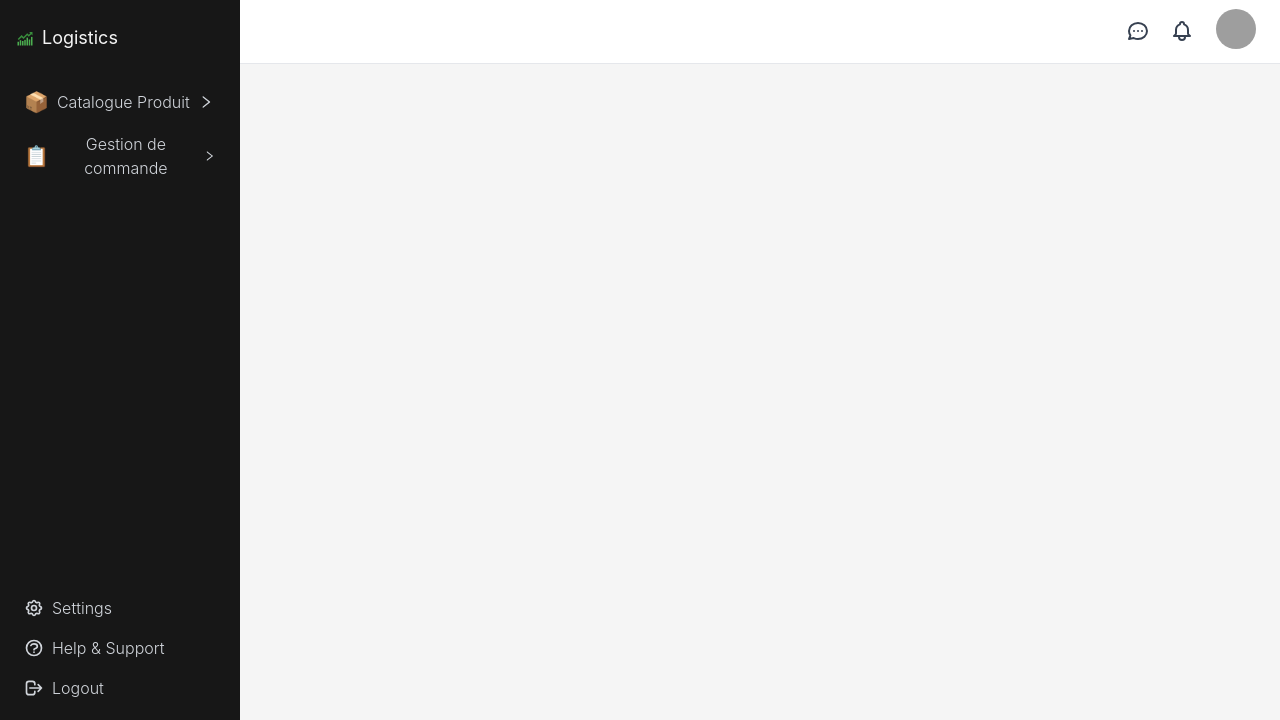
Repository: Mayar2222/Dashboard
Page: /
The author's editor kept a copy of each file at every save. The page is drawn from the files as they stood at one save, then again after the next save.
The browser window is 1280 px wide. The pictures show the whole page.
Pictures or frames that could not be fetched are drawn as grey boxes. The project was rebuilt for these pictures with package versions that can differ from the ones it lists, and the page was loaded fresh each time. Also part of the build but not shown: src/components/CatalogueProduits.jsx, src/components/Categories.jsx.

Above is the page before, as saved 2024-07-28 17:40:20.

After the next save:
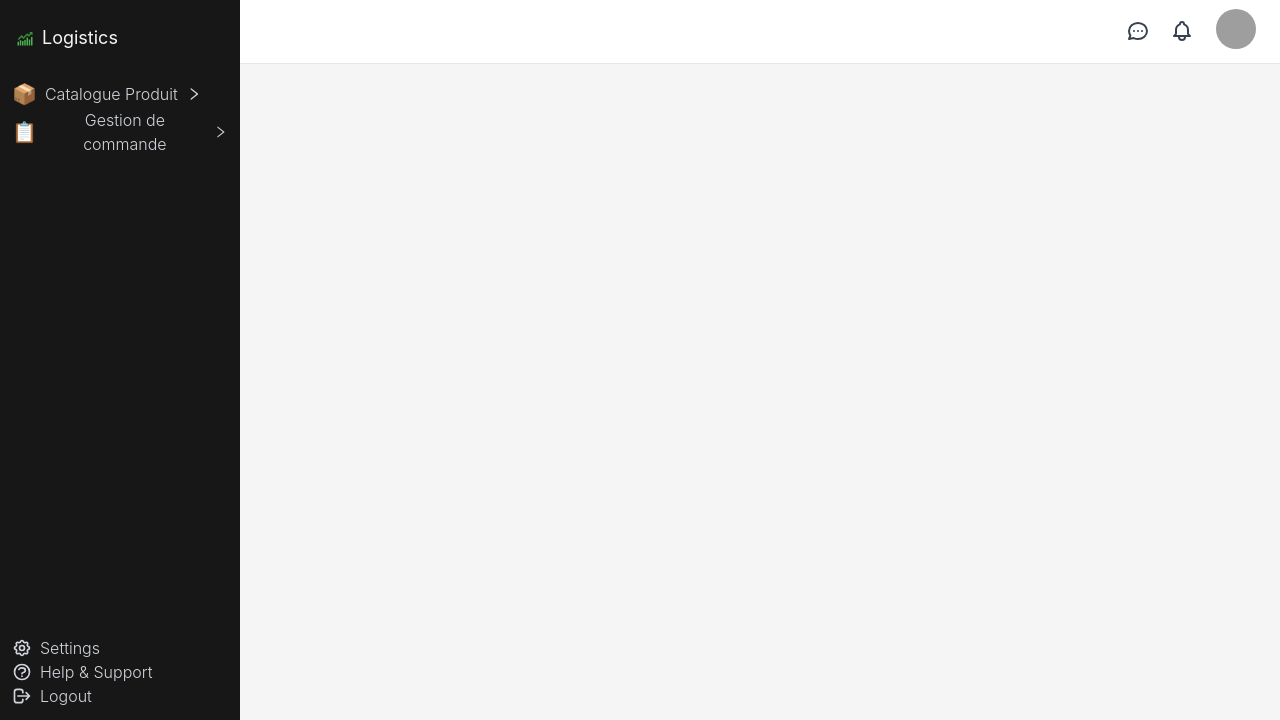
Saved 13 s later.
--- a/src/components/shared/Sidebar.jsx
+++ b/src/components/shared/Sidebar.jsx
@@ -6,7 +6,7 @@
 import { DASHBOARD_SIDEBAR_BOTTOM_LINKS, DASHBOARD_SIDEBAR_LINKS } from '../../lib/consts/navigation';
 
 const linkClasses =
-  'flex items-center gap-2 font-light px-3 py-2 hover:bg-neutral-800 hover:no-underline active:bg-neutral-600 rounded-sm text-base text-gray-300';
+  'flex items-center gap-2 font-light  hover:bg-neutral-800 hover:no-underline active:bg-neutral-600 rounded-sm text-base text-gray-300';
 
 const titleClasses = 'flex items-center gap-2 px-1 py-3 text-neutral-100 text-lg';
 

After the save that followed:
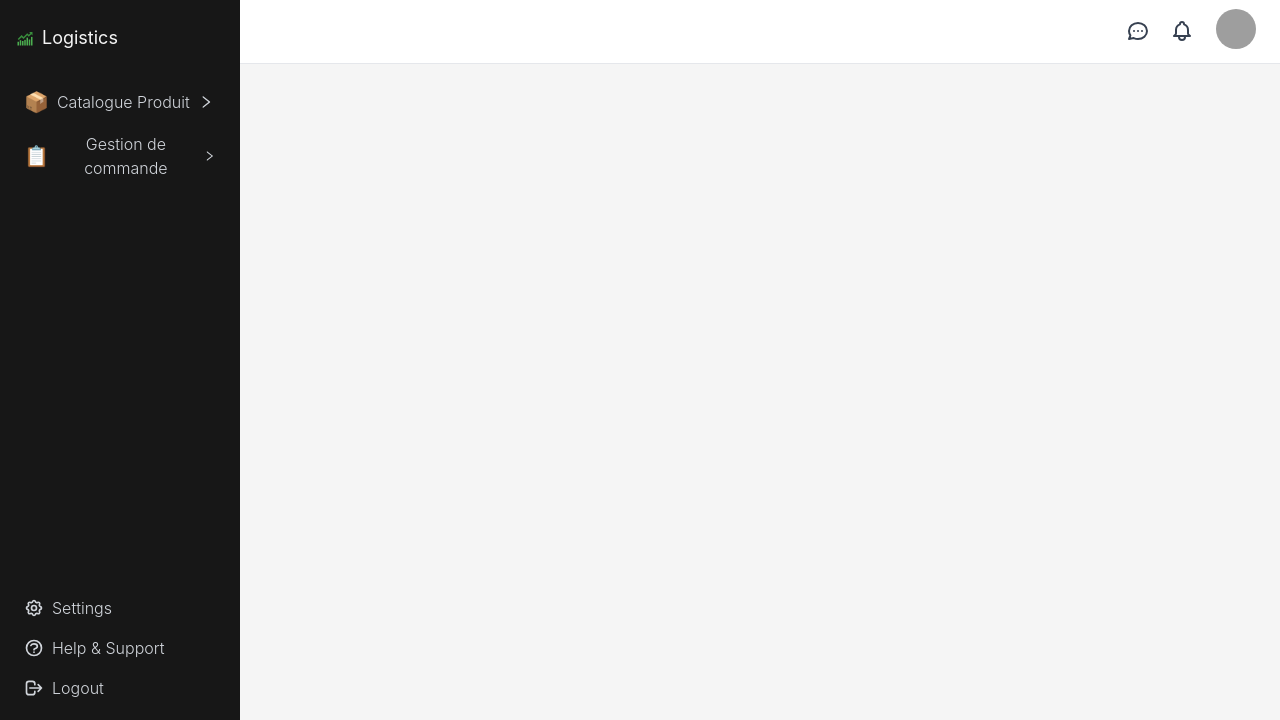
Saved 7 s later.
--- a/src/components/shared/Sidebar.jsx
+++ b/src/components/shared/Sidebar.jsx
@@ -6,7 +6,7 @@
 import { DASHBOARD_SIDEBAR_BOTTOM_LINKS, DASHBOARD_SIDEBAR_LINKS } from '../../lib/consts/navigation';
 
 const linkClasses =
-  'flex items-center gap-2 font-light  hover:bg-neutral-800 hover:no-underline active:bg-neutral-600 rounded-sm text-base text-gray-300';
+  'flex items-center gap-2 font-light px-3 py-2 hover:bg-neutral-800 hover:no-underline active:bg-neutral-600 rounded-sm text-base text-gray-300';
 
 const titleClasses = 'flex items-center gap-2 px-1 py-3 text-neutral-100 text-lg';
 
